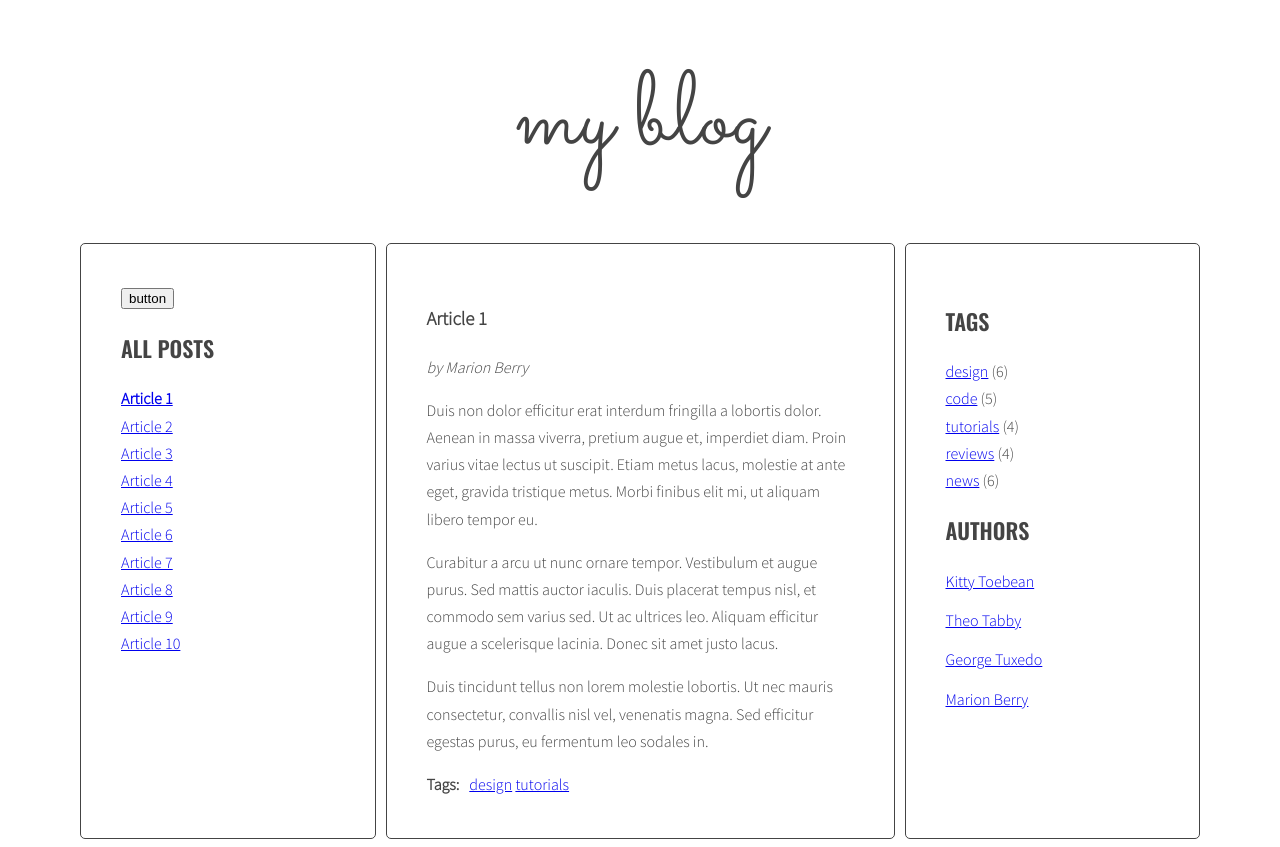
Repository: Akaimajo/javascript-blog
Page: index.html
These files come from the project's save history. The page is drawn as it stood at one moment and after the next save; the edit follows.
The browser window is 1280 px wide. The pictures show the whole page.

Above is the page before, as saved 2020-10-15 11:29:34.

After the next save:
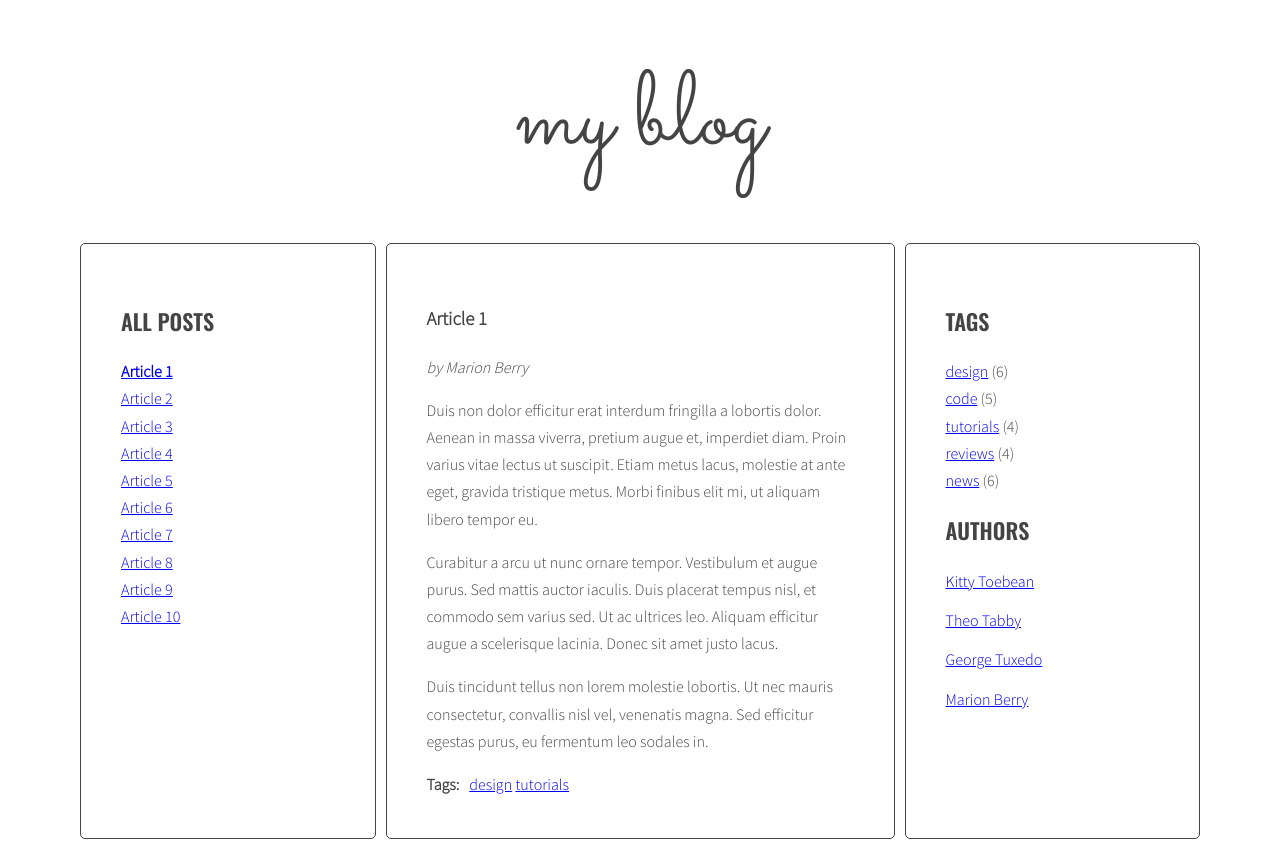
Console error: TypeError: Cannot read properties of null (reading 'addEventListener')
Saved 3 min 37 s later.
--- a/index.html
+++ b/index.html
@@ -12,7 +12,6 @@
           <h1 class="logo">my blog</h1>
           <main class="wrapper">
             <aside class="sidebar">
-              <button id="test-button">button</button>
               <h2 class="section-title">All posts</h2>
               <ul class="list titles">
                 <li><a href="#article-1" class="active"><span>Article 1</span></a></li>
